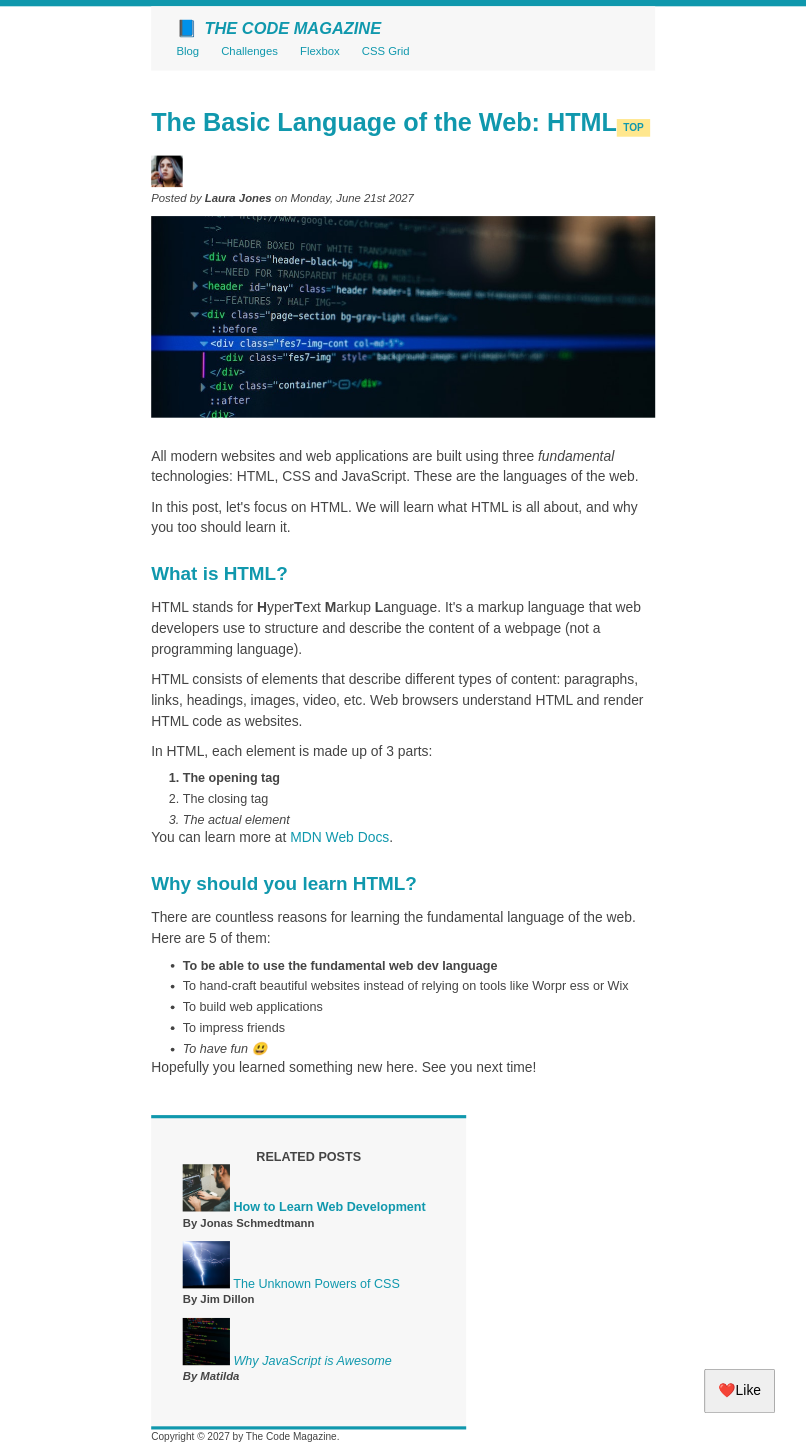
Repository: sunny070/CSS
Page: #1/index.html
The author's editor kept a copy of each file at every save. The page is drawn from the files as they stood at one save, then again after the next save.
The browser window is 1280 px wide. The pictures show the whole page, at 63% of full size.

Above is the page before, as saved 2023-11-06 13:07:35.

After the next save:
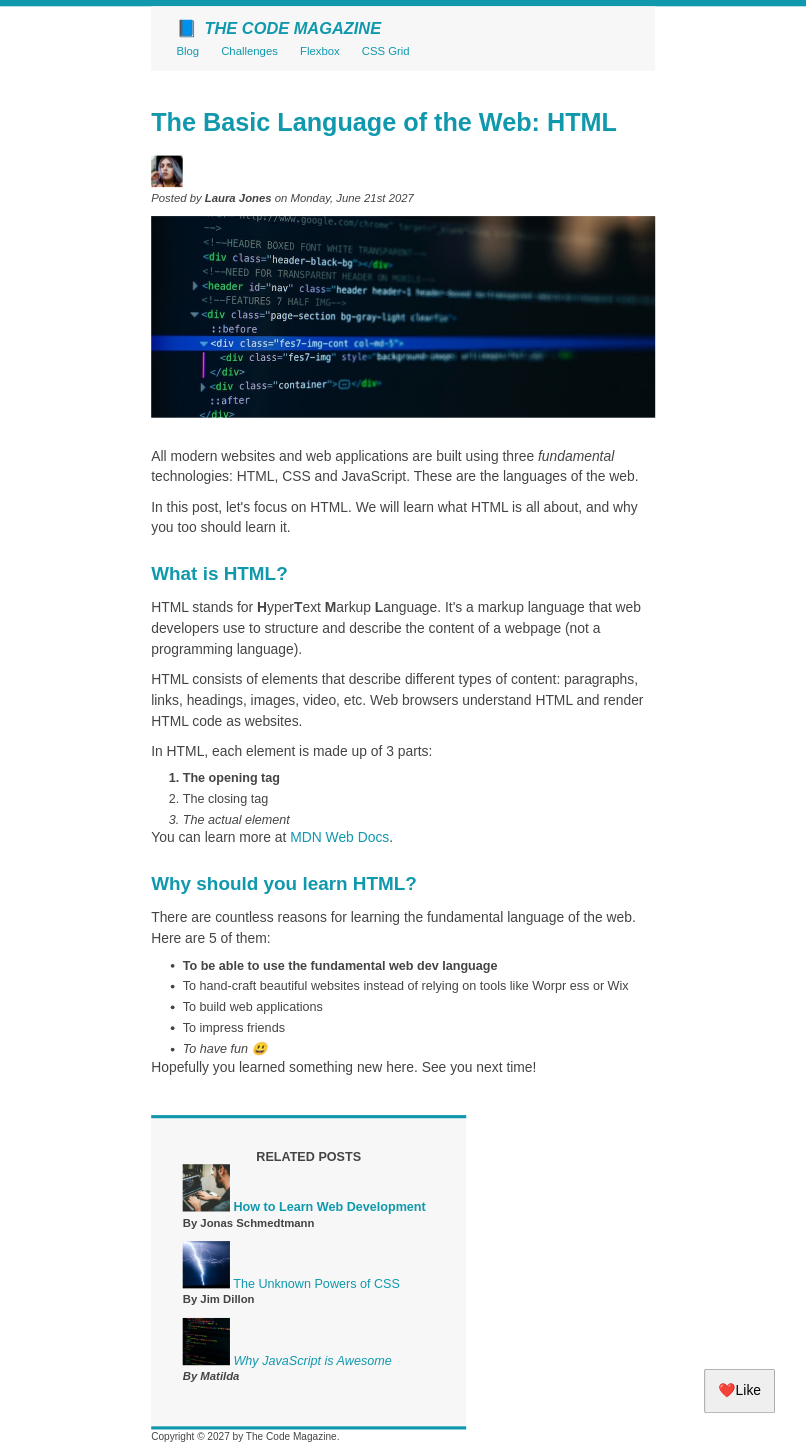
Saved 63 s later.
--- a/#1/style.css
+++ b/#1/style.css
@@ -210,15 +210,7 @@ h3 + p::first-line{
     /* color:red;  */
 }
 
-h2::after{
-    content:"TOP";
-    background-color:#ffe78e;
-    font-size:16px;
-    font-weight:bold;
-    display: inline-block;
-    padding:5px 10px;
-
-}
+
 /* resolving conflicts */
 /* #copyright{
     color:red;

After the save that followed:
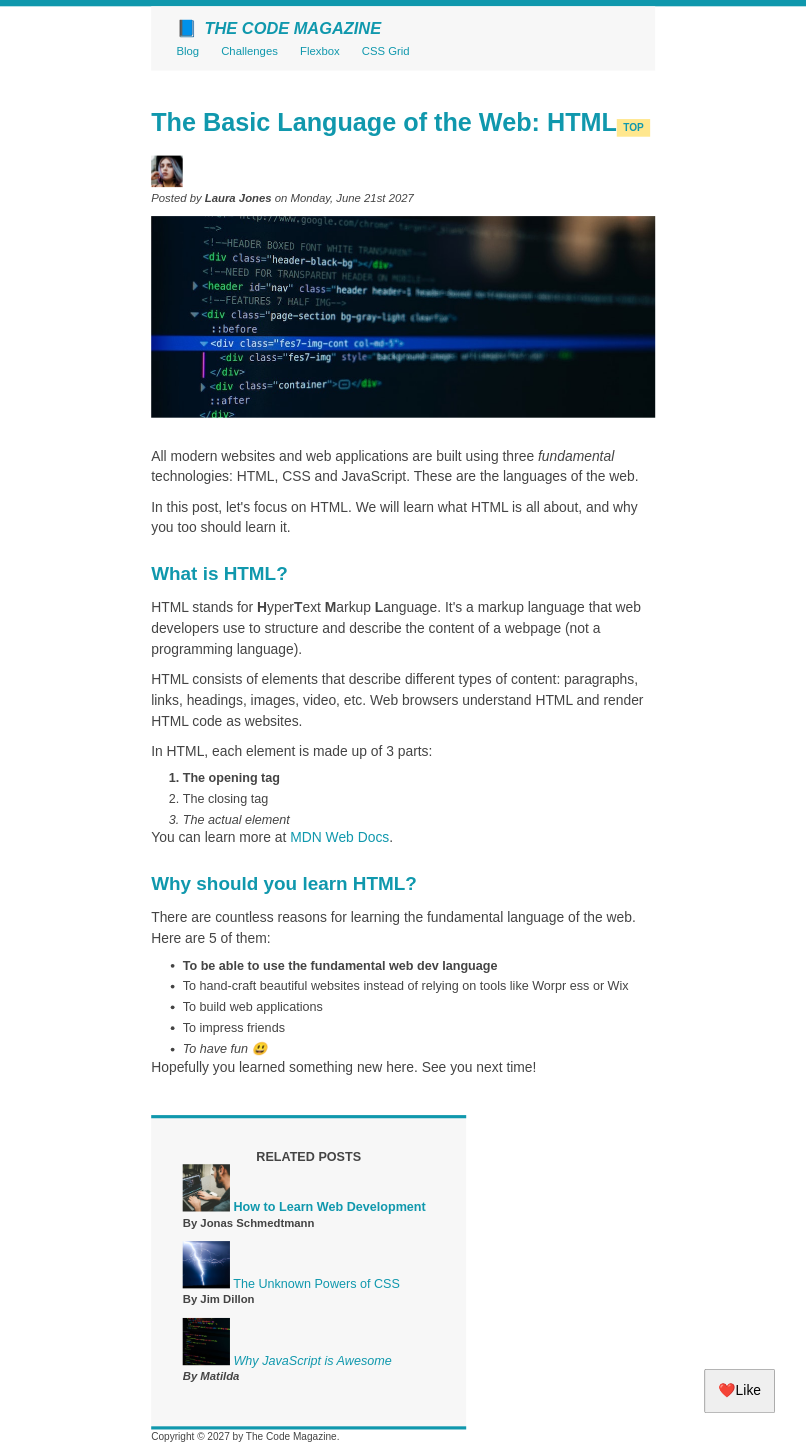
Saved 7 s later.
--- a/#1/style.css
+++ b/#1/style.css
@@ -73,6 +73,15 @@ h2{
     font-size: 40px;
     margin-bottom:30px;
 
+
+}
+h2::after{
+    content:"TOP";
+    background-color:#ffe78e;
+    font-size:16px;
+    font-weight:bold;
+    display: inline-block;
+    padding:5px 10px;
 
 }
 h3{
